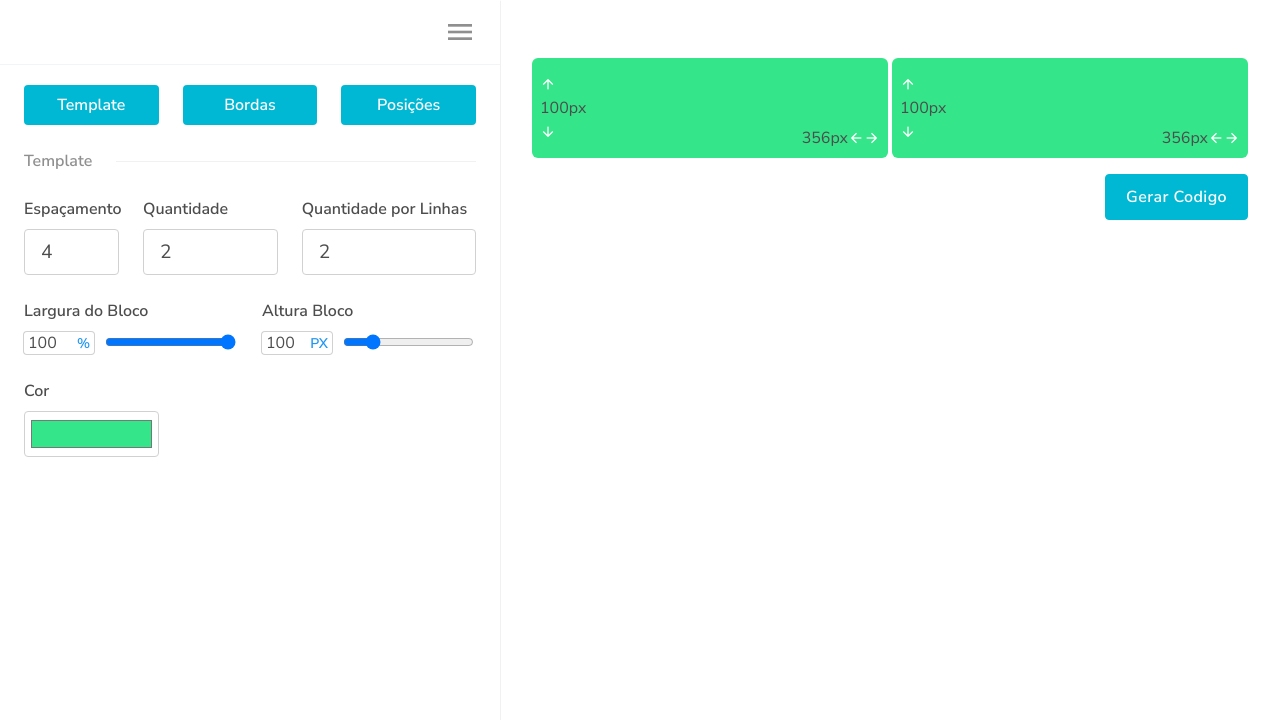
Repository: Flintdl/lowcode-elements
Page: /
The author's editor kept a copy of each file at every save. The page is drawn from the files as they stood at one save, then again after the next save.
The browser window is 1280 px wide. The pictures show the whole page.
The project was rebuilt for these pictures with package versions that can differ from the ones it lists, and the page was loaded fresh each time. Also part of the build but not shown: vue.config.js.

Above is the page before, as saved 2022-04-06 11:46:25.

### src/assets/scss/_variables.scss
// Primarys Colors
$standardTextColor: #4d4d4d;

$primaryColor: #8e6dff;
$secondaryColor: #009997;
$buttonDisableColor: #9c9c9c;
$buttonDisableBgColor: #7676764d;

// Menu Colors

$bgMenuColor: #1d1d1d;
$linkMenuColor: #7b8089;
$iconMenuColor: #2a2a2a;
$borderMenuColor: #323232;

// Botão Colors

$btnPrimary: #00b8d4;
$btnPrimaryHover: #0085b0;

// Generics Colors

$whiteColor: #ffffff;
$mutedColor: #8f8f8f;
$cardColor: #f3f4f7;
$cardColorLight: #f9fafc;
$cardColorLightTwo: #f1f5fc;
$greyLight: #d1d1d1;

// Dropdown Colors

$dropdownHeaderColor: #5f5f5f;
$dropdownColor: #ebffff;

// State Colors

$successColor: #3dc661;
$dangerColor: #e7515a;
$warningColor: #e2a03f;
$infoColor: #2196f3;
$defaultColor: #172b4d;
$lightColor: #e0e0e0;

### src/views/HomeView.vue
<template>
  <div>
    <div class="sf-row">
      <div
        id="sf-preview-code-content"
        class="sf-col-12 sf-mx-auto sf-position-relative"
      >
        <!-- <div class="sf-display-flex sf-flex-wrap sf-width-100">
          <div
            id="sf-grid-template"
            class="sf-grid sf-position-relative"
            :style="{
              width: cssProps.width,
              height: String(valorHeight) + 'px',
              left: inputGap / 2 + 'px',
            }"
            v-bind:key="n"
            v-for="n of quantidade"
          ></div>
        </div> -->
        <div id="sf-preview-code">
          <div
            :style="gapProps"
            :class="[
              'sf-display-flex sf-flex-wrap sf-width-100',
              'sf-justify-content-' + checkValue,
            ]"
          >
            <DivGrid
              v-bind:key="n"
              v-for="n of quantidade"
              :tamanho="String(valor)"
              :altura="String(valorHeight)"
              :cssDefinido="cssProps"
              class="sf-position-relative"
            />
          </div>
        </div>
      </div>
      <div class="sf-col-12 sf-mt-3 sf-display-flex sf-justify-content-end">
        <button class="sf-btn sf-btn-primary" @click="gerarCodigo">
          Gerar Codigo
        </button>
      </div>
    </div>
    <div class="sf-row" v-if="htmlPreviewCode">
      <div class="sf-col-12 sf-mx-auto sf-mt-5 sf-code-content">
        <div class="sf-bg-code sf-p-4 sf-border-radius">
          <code>
            <span class="sf-text-info">Código do Preview</span> <br />
            {{ htmlPreviewCode }}
          </code>
        </div>
      </div>
    </div>
  </div>
</template>

<script>
// @ is an alias to /src

import DivGrid from "@/components/templates/DivGrid.vue";

export default {
  name: "HomeView",
  data: function () {
    return {
      htmlPreviewCode: null,
    };
  },
  components: {
    DivGrid,
  },
  props: {
    valor: String,
    inputGap: String,
    quantidade: Number,
    valorHeight: String,
    quantidadeLinha: String,
    inputBorderRadius: String,
    checkValue: String,
    inputColor: String,
    inputBorder: String,
    inputBorderColor: String,
    inputBorderTipo: String,
  },
  computed: {
    cssProps() {
      return {
        width: `calc((${this.valor}% - ${this.inputGap}px * ${
          this.quantidadeLinha - "1"
        }) / ${this.quantidadeLinha})`,
        height: this.valorHeight + "px",
        "border-radius": this.inputBorderRadius + "px",
        "background-color": this.inputColor,
        border:
          this.inputBorder +
          "px" +
          " " +
          this.inputBorderTipo +
          " " +
          this.inputBorderColor,
      };
    },
    gapProps() {
      return {
        gap: this.inputGap + "px",
      };
    },
  },
  methods: {
    gerarCodigo() {
      this.htmlPreviewCode =
        document.getElementById("sf-preview-code").innerHTML;
    },
  },
};
</script>

<style>
#sf-grid-template:after {
  content: "";
  width: 100%;
  height: 150%;
  top: -25%;
  background-color: #ff008c0a;
  border: 1px solid rgba(255, 0, 140, 0.103);
  border-left: 2px solid #ff008c38;
  border-right: 2px solid #ff008c38;
  position: absolute;
}
</style>

### src/components/templates/InputGapTemplate.vue
<template>
  <div class="sf-col-3 sf-form-group">
    <label class="sf-label">Espaçamento</label>
    <input
      type="number"
      min="1"
      max="12"
      value="2"
      id="inputGap"
      v-model="valor"
      class="filter-states sf-text-capitalize"
      placeholder="Quantidade de Blocos"
    />
  </div>
</template>

<script>
export default {
  props: {
    valorInput: String,
  },
  computed: {
    valor: {
      get() {
        var inp = this.valorInput;
        return inp;
      },
      set(valorInput) {
        this.$emit("callback", valorInput);
      },
    },
  },
};
</script>

<style></style>

### src/components/templates/InputQuantidadeTemplate.vue
<template>
  <div class="sf-col-4 sf-form-group">
    <label class="sf-label">Quantidade</label>
    <input
      type="number"
      value="1"
      id="inputQuantidade"
      v-model="valor"
      class="filter-states sf-text-capitalize"
      placeholder="Quantidade de Blocos"
    />
  </div>
</template>

<script>
export default {
  props: {
    valorInput: String,
  },
  computed: {
    valor: {
      get() {
        var inp = this.valorInput;
        return inp;
      },
      set(valorInput) {
        this.$emit("callback", valorInput);
      },
    },
  },
};
</script>

<style></style>

### src/components/templates/InputQuantLinhasTemplate.vue
<template>
  <div class="sf-col-5 sf-form-group">
    <label class="sf-label">Quantidade por Linhas</label>
    <input
      type="number"
      min="1"
      max="12"
      value="1"
      id="inputQuantidadeLinha"
      v-model="valor"
      class="filter-states sf-text-capitalize"
      placeholder="Quantidade Linha"
    />
  </div>
</template>

<script>
export default {
  props: {
    valorInput: String,
  },
  computed: {
    valor: {
      get() {
        var inp = this.valorInput;
        return inp;
      },
      set(valorInput) {
        this.$emit("callback", valorInput);
      },
    },
  },
};
</script>

<style></style>

### src/components/templates/InputLarguraBloco.vue
<template>
  <div class="sf-col-6 sf-form-group">
    <label class="sf-label">Largura do Bloco</label>
    <div class="sf-input-group">
      <div
        class="sf-input-group-append sf-display-flex sf-justify-content-center"
      >
        <div
          class="sf-display-flex sf-align-items-center sf-justify-content-center sf-border-left-0 sf-border-radius sf-border-radius-left-0 sf-pr-2 sf-text-info sf-font-weight-bold sf-min-80-px"
        >
          <div class="sf-input-group">
            <input
              type="number"
              value="1"
              min="1"
              max="100"
              v-model="valor"
              class="sf-text-md sf-height-fit-content sf-pr-0 sf-pl-1 sf-border-right-0 sf-border-radius-right-0 sf-text-capitalize"
              placeholder="Curva da Borda"
            />
            <div
              class="sf-input-group-append sf-display-flex sf-justify-content-center"
            >
              <div
                class="sf-display-flex sf-align-items-center sf-border sf-justify-content-center sf-border-left-0 sf-border-radius sf-border-radius-left-0 sf-pr-1 sf-text-info sf-font-weight-bold sf-text-sm"
              >
                %
              </div>
            </div>
          </div>
        </div>
      </div>
      <input
        type="range"
        min="10"
        max="100"
        value="10"
        id="inputRange"
        v-model="valor"
        class="sf-px-0 sf-border-right-0 sf-border-radius-right-0 sf-text-capitalize"
      />
    </div>
  </div>
</template>

<script>
export default {
  props: {
    valorInput: String,
  },
  computed: {
    valor: {
      get() {
        var inp = this.valorInput;
        return inp;
      },
      set(valorInput) {
        this.$emit("callback", valorInput);
      },
    },
  },
};
</script>

<style></style>

### src/components/templates/InputAlturaBloco.vue
<template>
  <div class="sf-col-6 sf-form-group">
    <label class="sf-label">Altura Bloco</label>
    <div class="sf-input-group">
      <div
        class="sf-input-group-append sf-display-flex sf-justify-content-center"
      >
        <div
          class="sf-display-flex sf-align-items-center sf-justify-content-center sf-border-left-0 sf-border-radius sf-border-radius-left-0 sf-pr-2 sf-text-info sf-font-weight-bold sf-min-80-px"
        >
          <div class="sf-input-group">
            <input
              type="number"
              value="1"
              min="1"
              max="500"
              v-model="valor"
              class="sf-text-md sf-height-fit-content sf-pr-0 sf-pl-1 sf-border-right-0 sf-border-radius-right-0 sf-text-capitalize"
              placeholder="Curva da Borda"
            />
            <div
              class="sf-input-group-append sf-display-flex sf-justify-content-center"
            >
              <div
                class="sf-display-flex sf-align-items-center sf-border sf-justify-content-center sf-border-left-0 sf-border-radius sf-border-radius-left-0 sf-pr-1 sf-text-info sf-font-weight-bold sf-text-sm"
              >
                PX
              </div>
            </div>
          </div>
        </div>
      </div>
      <input
        type="range"
        min="10"
        max="500"
        id="valorHeight"
        v-model="valor"
        class="sf-px-0 sf-border-right-0 sf-border-radius-right-0 sf-text-capitalize"
      />
    </div>
  </div>
</template>

<script>
export default {
  props: {
    valorInput: String,
  },
  computed: {
    valor: {
      get() {
        var inp = this.valorInput;
        return inp;
      },
      set(valorInput) {
        this.$emit("callback", valorInput);
      },
    },
  },
};
</script>

<style></style>

### src/components/templates/InputBorderRadiusBloco.vue
<template>
  <div class="sf-col-6 sf-form-group">
    <label class="sf-label">Curva da Borda</label>
    <div class="sf-input-group">
      <div
        class="sf-input-group-append sf-display-flex sf-justify-content-center"
      >
        <div
          class="sf-display-flex sf-align-items-center sf-justify-content-center sf-border-left-0 sf-border-radius sf-border-radius-left-0 sf-pr-2 sf-text-info sf-font-weight-bold sf-min-80-px"
        >
          <div class="sf-input-group">
            <input
              type="number"
              value="1"
              min="1"
              max="50"
              v-model="valor"
              class="sf-text-md sf-height-fit-content sf-pr-0 sf-pl-1 sf-border-right-0 sf-border-radius-right-0 sf-text-capitalize"
              placeholder="Curva da Borda"
            />
            <div
              class="sf-input-group-append sf-display-flex sf-justify-content-center"
            >
              <div
                class="sf-display-flex sf-align-items-center sf-border sf-justify-content-center sf-border-left-0 sf-border-radius sf-border-radius-left-0 sf-pr-1 sf-text-info sf-font-weight-bold sf-text-sm"
              >
                PX
              </div>
            </div>
          </div>
        </div>
      </div>
      <input
        type="range"
        value="1"
        min="1"
        max="50"
        id="inputBorderRadius"
        v-model="valor"
        class="sf-px-0 sf-border-right-0 sf-border-radius-right-0 sf-text-capitalize"
        placeholder="Curva da Borda"
      />
    </div>
  </div>
</template>

<script>
export default {
  props: {
    valorInput: String,
  },
  computed: {
    valor: {
      get() {
        var inp = this.valorInput;
        return inp;
      },
      set(valorInput) {
        this.$emit("callback", valorInput);
      },
    },
  },
};
</script>

<style></style>

### src/components/templates/InputBorderBloco.vue
<template>
  <div class="sf-col-6 sf-form-group">
    <label class="sf-label">Tamanho da Borda</label>
    <div class="sf-input-group">
      <div
        class="sf-input-group-append sf-display-flex sf-justify-content-center"
      >
        <div
          class="sf-display-flex sf-align-items-center sf-justify-content-center sf-border-left-0 sf-border-radius sf-border-radius-left-0 sf-pr-2 sf-text-info sf-font-weight-bold sf-min-80-px"
        >
          <div class="sf-input-group">
            <input
              type="number"
              value="1"
              min="1"
              max="50"
              v-model="valor"
              class="sf-text-md sf-height-fit-content sf-pr-0 sf-pl-1 sf-border-right-0 sf-border-radius-right-0 sf-text-capitalize"
              placeholder="Curva da Borda"
            />
            <div
              class="sf-input-group-append sf-display-flex sf-justify-content-center"
            >
              <div
                class="sf-display-flex sf-align-items-center sf-border sf-justify-content-center sf-border-left-0 sf-border-radius sf-border-radius-left-0 sf-pr-1 sf-text-info sf-font-weight-bold sf-text-sm"
              >
                PX
              </div>
            </div>
          </div>
        </div>
      </div>
      <input
        type="range"
        value="1"
        min="0"
        max="24"
        id="inputBorder"
        v-model="valor"
        class="sf-px-0 sf-border-right-0 sf-border-radius-right-0 sf-text-capitalize"
        placeholder="Curva da Borda"
      />
    </div>
  </div>
</template>

<script>
export default {
  props: {
    valorInput: String,
  },
  computed: {
    valor: {
      get() {
        var inp = this.valorInput;
        return inp;
      },
      set(valorInput) {
        this.$emit("callback", valorInput);
      },
    },
  },
};
</script>

<style></style>

### src/components/templates/InputPosicaoBloco.vue
<template>
  <div class="sf-row">
    <div class="sf-col-12 sf-form-group">
      <span
        class="sf-text-md sf-font-weight-bold sf-text-muted sf-display-flex sf-align-items-center"
      >
        Posições
        <hr class="sf-width-100 sf-ml-4" />
      </span>
    </div>
    <div class="sf-col-auto sf-form-group">
      <input
        id="start"
        type="radio"
        name="positionDivs"
        v-model="valor"
        value="start"
        checked
      />
      <label for="start"> Esquerda</label>
    </div>

    <div class="sf-col-auto sf-form-group">
      <input
        type="radio"
        id="center"
        name="positionDivs"
        v-model="valor"
        value="center"
      />
      <label for="center"> Centro</label>
    </div>

    <div class="sf-col-auto sf-form-group">
      <input
        type="radio"
        id="end"
        name="positionDivs"
        v-model="valor"
        value="end"
      />
      <label for="end"> Final</label>
    </div>
    <div class="sf-col-auto sf-form-group">
      <input
        type="radio"
        id="between"
        name="positionDivs"
        v-model="valor"
        value="between"
      />
      <label for="between"> Laterais</label>
    </div>
    <div class="sf-col-auto sf-form-group">
      <input
        type="radio"
        id="around"
        name="positionDivs"
        v-model="valor"
        value="around"
      />
      <label for="around"> Meio</label>
    </div>
  </div>
</template>

<script>
export default {
  props: {
    valorInput: String,
  },
  computed: {
    valor: {
      get() {
        var inp = this.valorInput;
        return inp;
      },
      set(valorInput) {
        this.$emit("callback", valorInput);
      },
    },
  },
};
</script>

<style></style>

### src/components/templates/InputBorderCorBloco.vue
<template>
  <div class="sf-col sf-form-group">
    <label class="sf-label">Cor</label>
    <input
      type="color"
      id="inputBorderColor"
      v-model="valor"
      class="sf-p-1 sf-text-capitalize"
      placeholder="Quantidade de Blocos"
    />
  </div>
</template>

<script>
export default {
  props: {
    valorInput: String,
  },
  computed: {
    valor: {
      get() {
        var inp = this.valorInput;
        return inp;
      },
      set(valorInput) {
        this.$emit("callback", valorInput);
      },
    },
  },
};
</script>

<style></style>

### src/components/templates/InputBorderTipoBloco.vue
<template>
  <div class="sf-col-10 sf-form-group">
    <label class="sf-label">Tipo de Borda</label>
    <select
      id="inputBorderTipo"
      v-model="control"
      :items="items"
      @change="onSelectType"
      class="sf-text-capitalize"
    >
      <option
        v-bind:key="item.value"
        :value="item.value"
        :disabled="!item.value"
        v-for="item of items"
      >
        {{ item.label }}
      </option>
    </select>
  </div>
</template>

<script>
export default {
  props: {
    valorInput: String,
  },
  data: () => {
    return {
      items: [
        { label: "Solid", value: "solid" },
        { label: "Dashed", value: "dashed" },
      ],
    };
  },
  computed: {
    control: {
      get() {
        return this.valorInput;
      },
      set(valorInput) {
        this.$emit("callback", valorInput);
      },
    },
  },
  methods: {
    onSelectType(event) {
      this.$emit("change", event);
    },
  },
};
</script>

<style></style>

### src/components/templates/DivGrid.vue
<template>
  <div
    class="sf-position-relative sf-overflow-hidden"
    :style="cssDefinido"
    ref="container"
  >
    <div class="sf-row sf-height-100">
      <div class="sf-col-6">
        <div
          class="sf-p-2 sf-height-100 sf-display-flex sf-flex-column sf-justify-content-center"
        >
          <i
            class="mdi mdi-arrow-up sf-text-md sf-text-white sf-dropdown-action"
          ></i>
          <span> {{ altura }}px </span>
          <i
            class="mdi mdi-arrow-down sf-text-md sf-text-white sf-dropdown-action"
          ></i>
        </div>
      </div>
      <div class="sf-col-6">
        <div
          class="sf-p-2 sf-height-100 sf-display-flex sf-flex-row sf-justify-content-end sf-align-items-end"
        >
          {{ larguraPixel }}px
          <i
            class="mdi mdi-arrow-left sf-text-md sf-text-white sf-dropdown-action"
          ></i>
          <i
            class="mdi mdi-arrow-right sf-text-md sf-text-white sf-dropdown-action"
          ></i>
        </div>
      </div>
    </div>
    <span
      class="sf-position-absolute sf-centerAbsolute-xy sf-text-white sf-font-weight-extra-bold sf-text-center"
      :style="tamanho"
    >
    </span>
  </div>
</template>

<script>
export default {
  data() {
    return {
      larguraPixel: null,
    };
  },
  mounted() {
    this.larguraPixel = this.$refs.container?.offsetWidth;
  },

  props: {
    cssDefinido: Object,
    tamanho: String,
    altura: String,
  },
  created() {
    this.$watch("tamanho", () => {
      this.larguraPixel = this.$refs.container?.offsetWidth;
    });
  },
};
</script>

<style></style>

Loaded but not shown: public/index.html (common file); src/main.js (common file); src/App.vue (common file); src/registerServiceWorker.js (common file); src/router/index.js (common file); src/assets/scss/materialdesignicons.scss (9 lines, source omitted); src/assets/scss/style.scss (4102 lines, source omitted); src/components/Menu/MenuTemplate.vue (297 lines, source omitted); src/assets/scss/menu.scss (402 lines, source omitted); src/assets/scss/standard.scss (381 lines, source omitted)

After the next save:
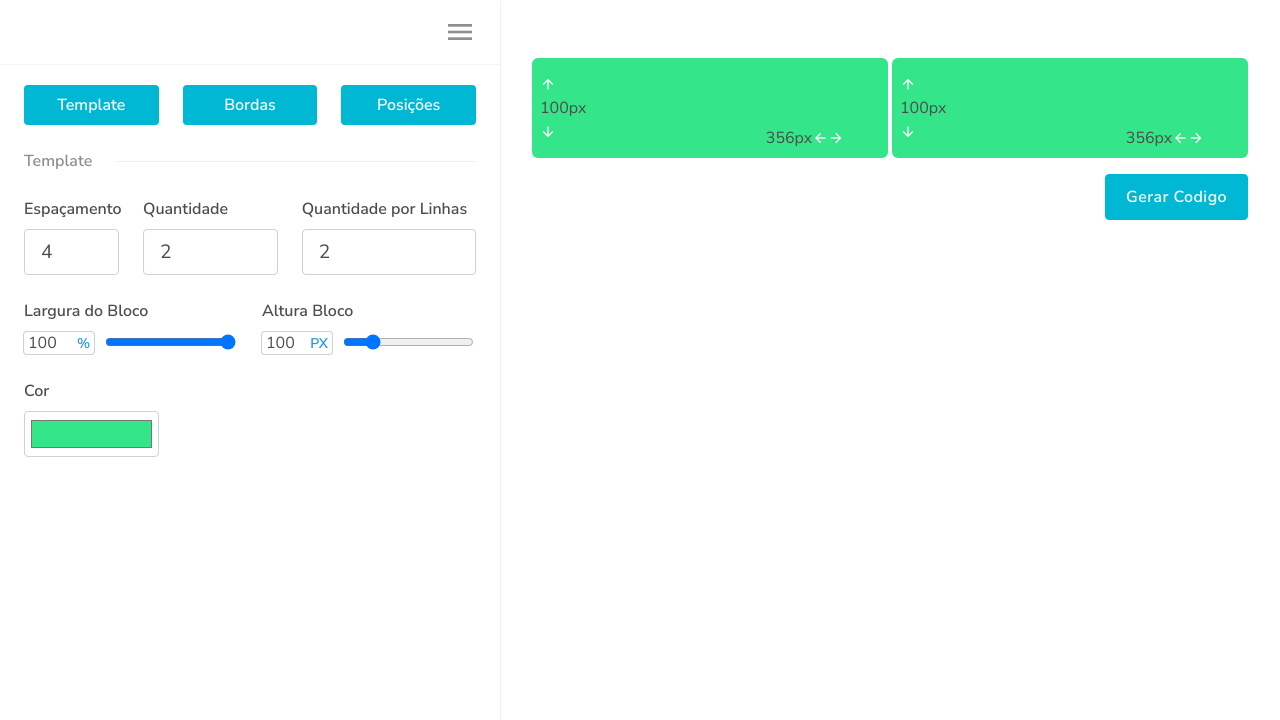
Saved 7 s later.
--- a/src/components/templates/DivGrid.vue
+++ b/src/components/templates/DivGrid.vue
@@ -20,7 +20,7 @@
       </div>
       <div class="sf-col-6">
         <div
-          class="sf-p-2 sf-height-100 sf-display-flex sf-flex-row sf-justify-content-end sf-align-items-end"
+          class="sf-p-2 sf-height-100 sf-display-flex sf-flex-row sf-justify-content-center sf-align-items-end"
         >
           {{ larguraPixel }}px
           <i
